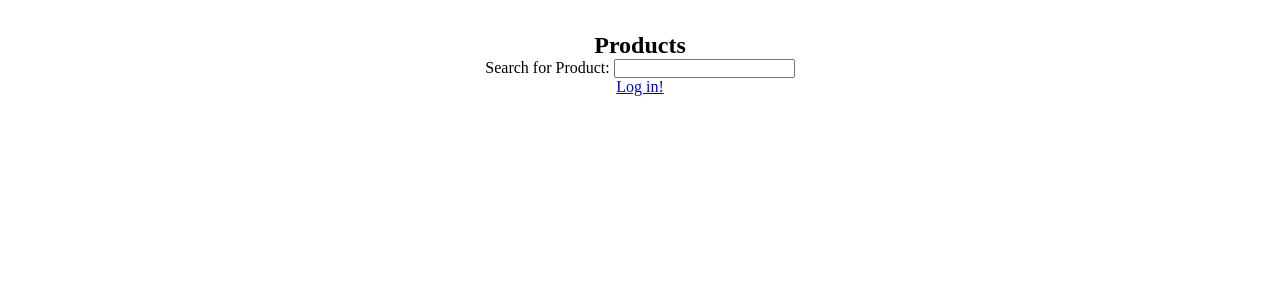
Repository: Andres513/CapStone
Page: /
An editor plug-in stored every save of this project. The page is shown before and after the next save, followed by the edit.
The browser window is 1280 px wide. The pictures show the whole page.
The page's requests for data from a server got no answer. The project was rebuilt for these pictures with package versions that can differ from the ones it lists, and the page was loaded fresh each time. No one was signed in, and anything a server would have sent is missing. Also part of the build but not shown: vite.config.js, src/components/Login.jsx.

Above is the page before, as saved 2024-04-01 18:51:17.

After the next save:
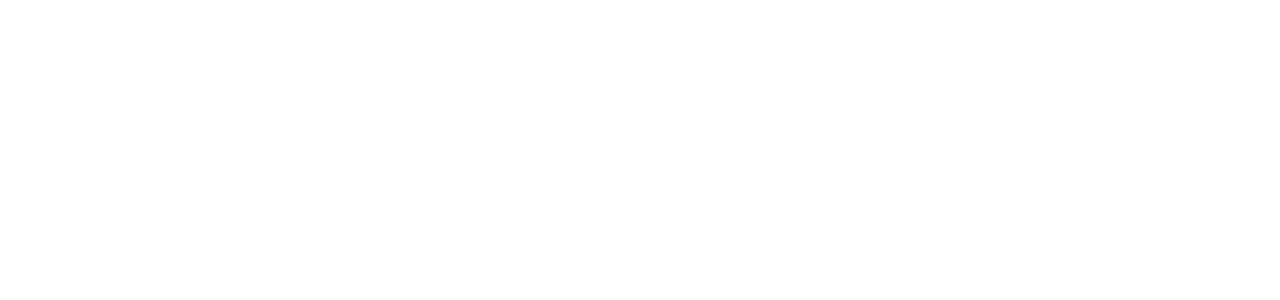
Console error: ReferenceError: product is not defined
Saved 9 s later.
--- a/src/components/FetchProducts.jsx
+++ b/src/components/FetchProducts.jsx
@@ -24,7 +24,7 @@
     },[])
     useEffect(()=>{
       console.log(products)
-    },[])
+    },[product])
 
     const searchedProduct = products.filter((product) => {
          return product.title.toLowerCase().includes(searched.toLowerCase());

After the save that followed:
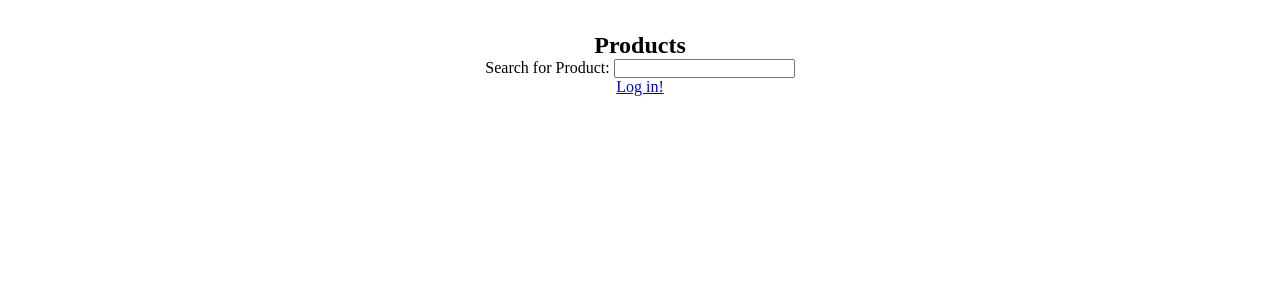
The error is gone.
Saved 5 s later.
--- a/src/components/FetchProducts.jsx
+++ b/src/components/FetchProducts.jsx
@@ -24,7 +24,7 @@
     },[])
     useEffect(()=>{
       console.log(products)
-    },[product])
+    },[products])
 
     const searchedProduct = products.filter((product) => {
          return product.title.toLowerCase().includes(searched.toLowerCase());
